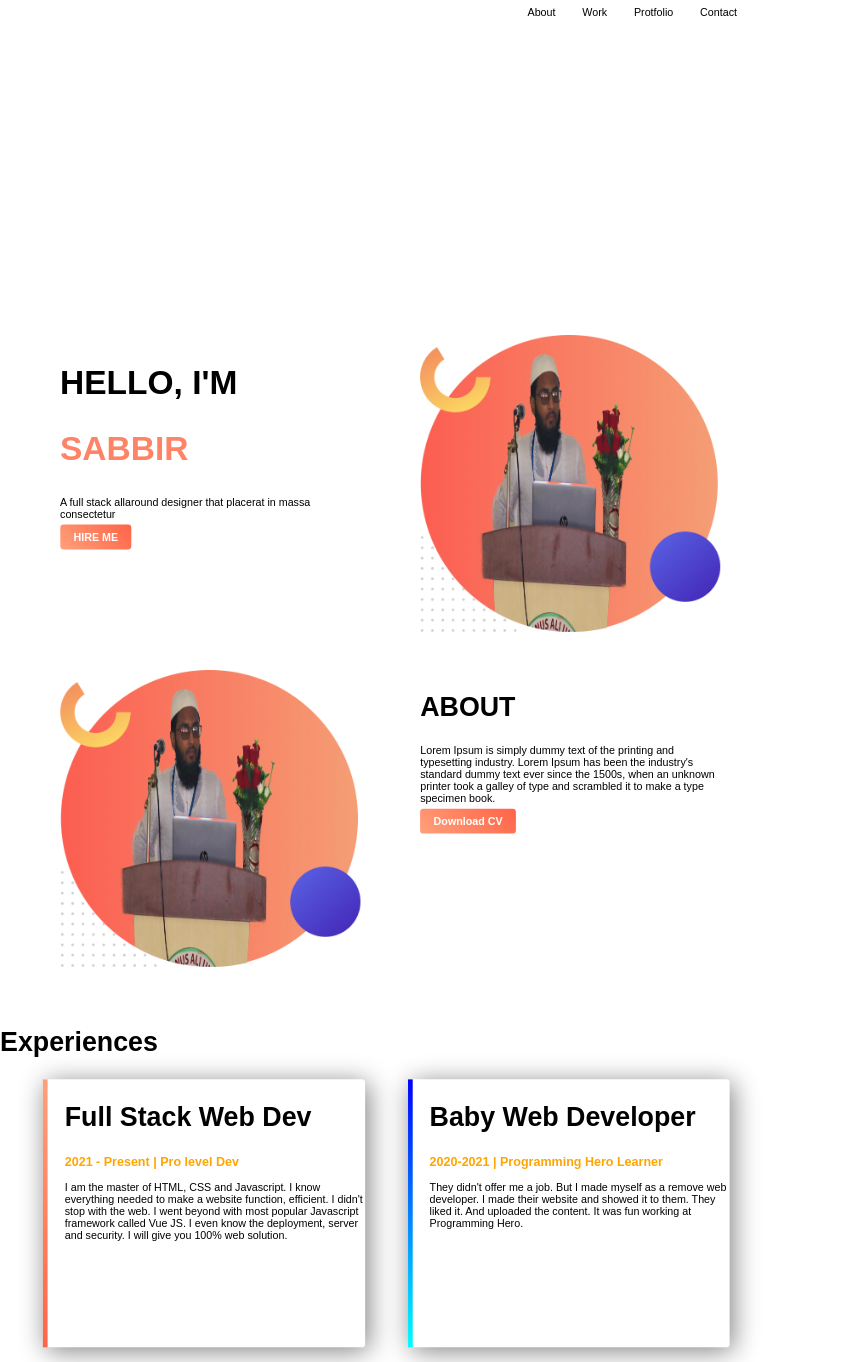
Repository: sabbircse3/personal-website
Page: index.html
These files come from the project's save history. The page is drawn as it stood at one moment and after a run of saves; the edit follows.
The browser window is 1280 px wide. The pictures show the whole page, at 67% of full size.

Above is the page before, as saved 2021-01-06 00:15:23.

### index.html
<!DOCTYPE html>
<html lang="en">
<head>
    <title>personal-website</title>
    <link rel="preconnect" href="https://fonts.gstatic.com">
    <link href="https://fonts.googleapis.com/css2?family=Montserrat&display=swap" rel="stylesheet">
    <link rel="stylesheet" href="style.css">
</head>
<body>

    <section>
        <div>
            <ul id="menu">
                <li><a href="#">Contact</a></li>
                <li><a href="#">Protfolio</a></li>
                <li><a href="#">Work</a></li>
                <li><a href="#">About</a></li>
            </ul>
        </div>
    </section>

    <section class="top-banner">
        <div class="half-width">
            <h1>HELLO, I'M</h1>
            <h1> <span class="name-highlight">SABBIR</span></h1>
            <p>A full stack allaround designer that placerat in massa consectetur</p>
            <a class="link-button" target="_blank" href="https://www.linkedin.com/company/programminghero/">HIRE ME</a>
        </div>

        <div class="half-width">
            <img src="images/sabbir1.png" alt="">
        </div>
    </section>

    <section class="about">
        <div class="half-width">
            <img src="images/sabbir1.png" alt="">
        </div>

        <div class="half-width">
            <h2> ABOUT</h2>
            <p>Lorem Ipsum is simply dummy text of the printing and typesetting industry. Lorem Ipsum has been the industry's standard dummy text ever since the 1500s, when an unknown printer took a galley of type and scrambled it to make a type specimen book.</p>
            <a class="link-button" target="_blank" href="https://www.linkedin.com/company/programminghero/">Download CV</a>
        </div>

    </section>

    <section class="experience-area">
        <h2>Experiences</h2>
        <div id="full-stack" class="half-width single-experience">
            <h2>Full Stack Web Dev</h2>
            <h3 class="orange-highlight">2021 - Present | Pro level Dev</h3>
            <p>I am the master of HTML, CSS and Javascript. I know everything needed to make a website function, efficient. I didn't stop with the web. I went beyond with most popular Javascript framework called Vue JS. I even know the deployment, server and security. I will give you 100% web solution.</p>

        </div>

        <div id="baby-web" class="half-width single-experience">
            <h2>Baby Web Developer</h2>
            <h3 class="orange-highlight">2020-2021 | Programming Hero Learner</h3>
            <p>They didn't offer me a job. But I made myself as a remove web developer. I made their website and showed it to them. They liked it. And uploaded the content. It was fun working at Programming Hero.</p>

        </div>



    </section>

</body>
</html>

### style.css
body{
    font-family: sans-serif;
    margin: 0px;
}
#menu{
	padding:0;
	list-style-type:none;
	width:960px;
	margin:0 auto;
}
#menu li{
	float:right;
}
#menu li a{
	color:black;
	text-decoration:none;
	padding:10px 20px;
	display:block;
}

h1{
    font-size: 50px;
}
h2{
    font-size: 40px;
}
.name-highlight{
    color: #FF8367;
}
.half-width{
    width: 35%;
    float: left;
    margin-left: 5%;
    padding-left: 2%;
}
.half-width img{
    width: 100%;
}

section{
    height: 500px;
}
.link-button{
    text-decoration: none;
    background-image: linear-gradient(45deg, lightSalmon, tomato);
    padding: 10px 20px;
    border-radius: 5px;
    color: white;
    font-weight: 700;
}
.experience-area{
    background-image: #E5E5E5
    background-repeat: no-repeat;
    background-position: left;
}
.orange-highlight{
    color: orange;
}
.single-experience{
    box-shadow: 5px 5px 40px gray;
    border-radius: 5px;
    height: 80%;
}
#full-stack{
    border-left: 7px solid;
    border-image: linear-gradient(180deg, lightSalmon, tomato);
    border-image-slice: 1;
    background-color: white;
}
#baby-web{
    border-left: 7px solid;
    border-image: linear-gradient(180deg, blue, cyan);
    border-image-slice: 1;
}
footer p{
    text-align: center;
    font-size: 12px;
}

After the next 2 saves:
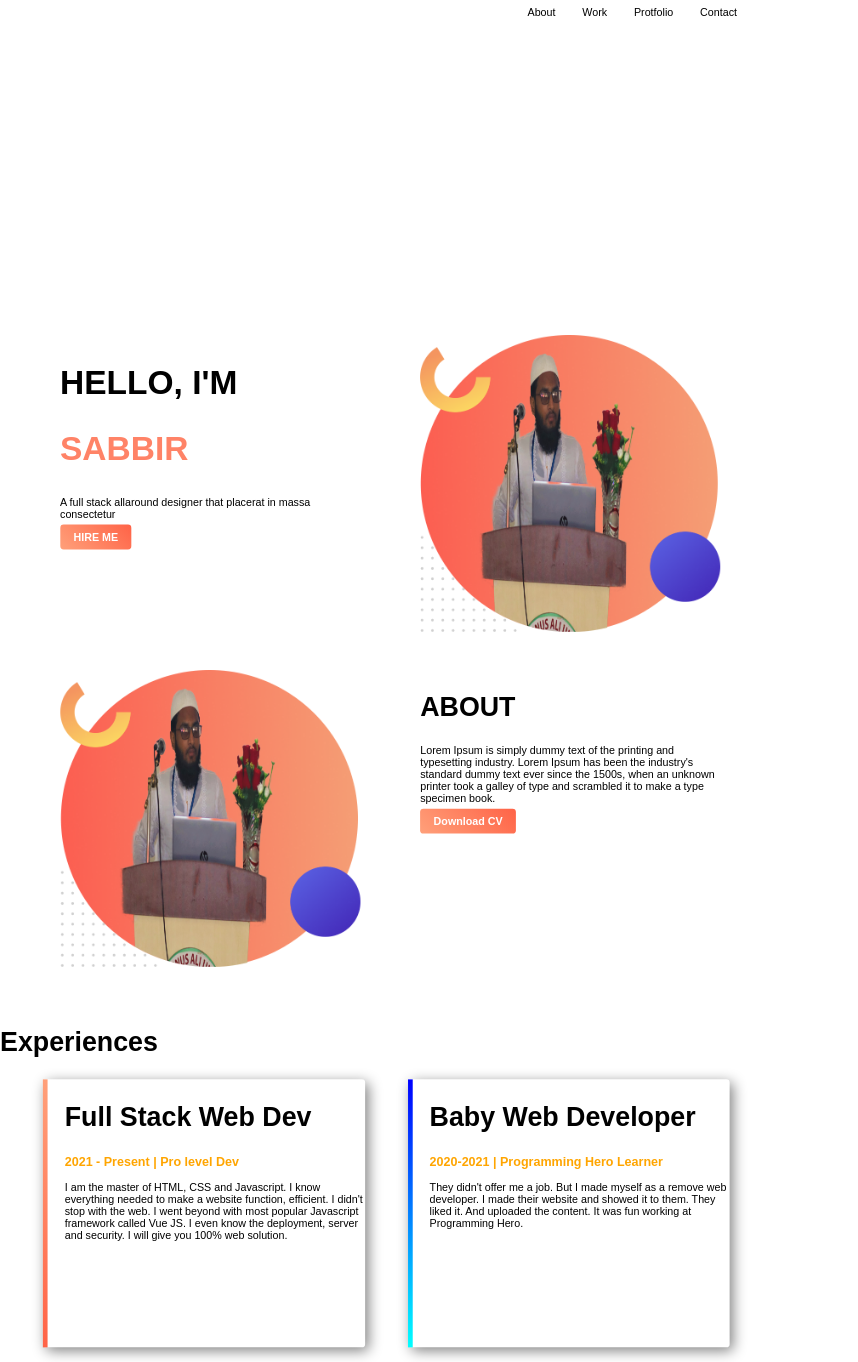
The 2 saves are shown as one change because they came seconds apart.
The last was saved 5 s later.
--- a/style.css
+++ b/style.css
@@ -57,7 +57,7 @@ section{
     color: orange;
 }
 .single-experience{
-    box-shadow: 5px 5px 40px gray;
+    box-shadow: 5px 5px 20px gray;
     border-radius: 5px;
     height: 80%;
 }
